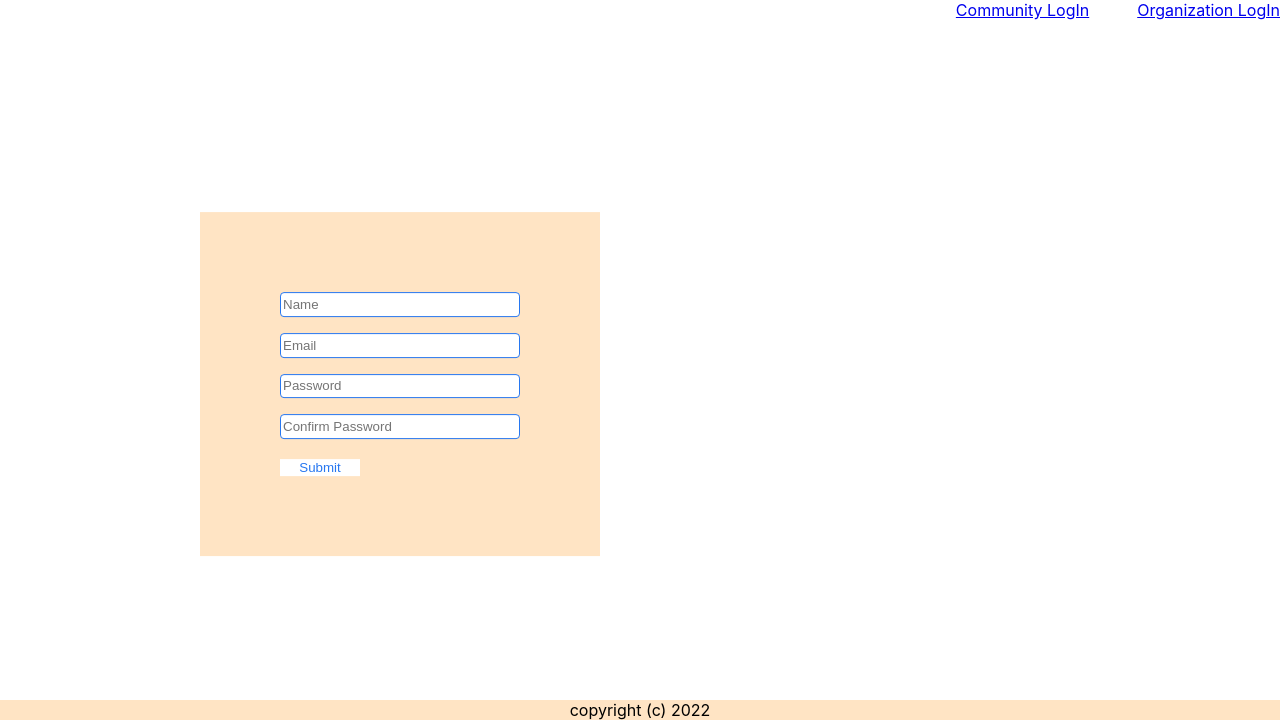
Repository: samuelp244/Ticket-Managment-System
Page: /signup (app in app/)
An editor plug-in stored every save of this project. The page is shown before and after the next save, followed by the edit.
The browser window is 1280 px wide. The pictures show the whole page.
The project was rebuilt for these pictures with package versions that can differ from the ones it lists, and the page was loaded fresh each time.

Above is the page before, as saved 2022-08-17 18:29:17.

After the next save:
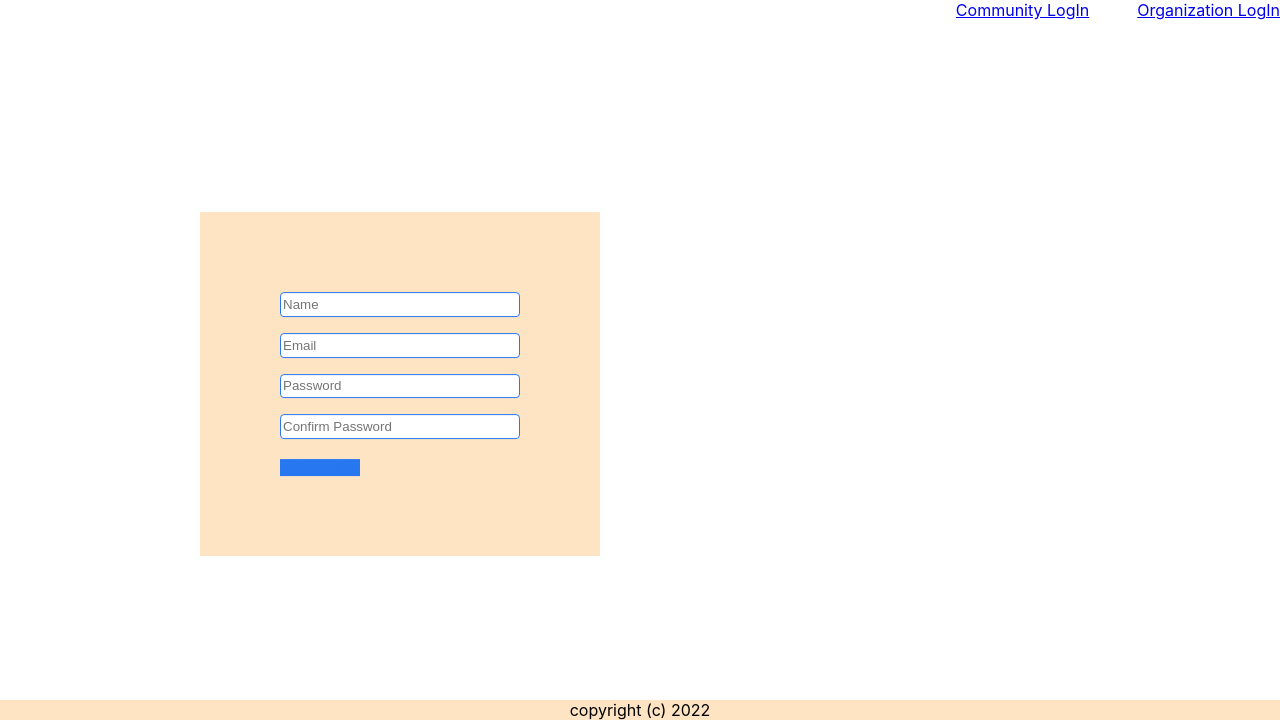
Saved 12 s later.
--- a/app/src/components/forms/SignUpComm.css
+++ b/app/src/components/forms/SignUpComm.css
@@ -21,7 +21,7 @@ button{
     margin-top: 20px;
     width: 5rem;
     color: rgb(39, 119, 240);
-    background-color: white;
+    background-color: rgb(39, 119, 240);
     border: none;
 
 }
